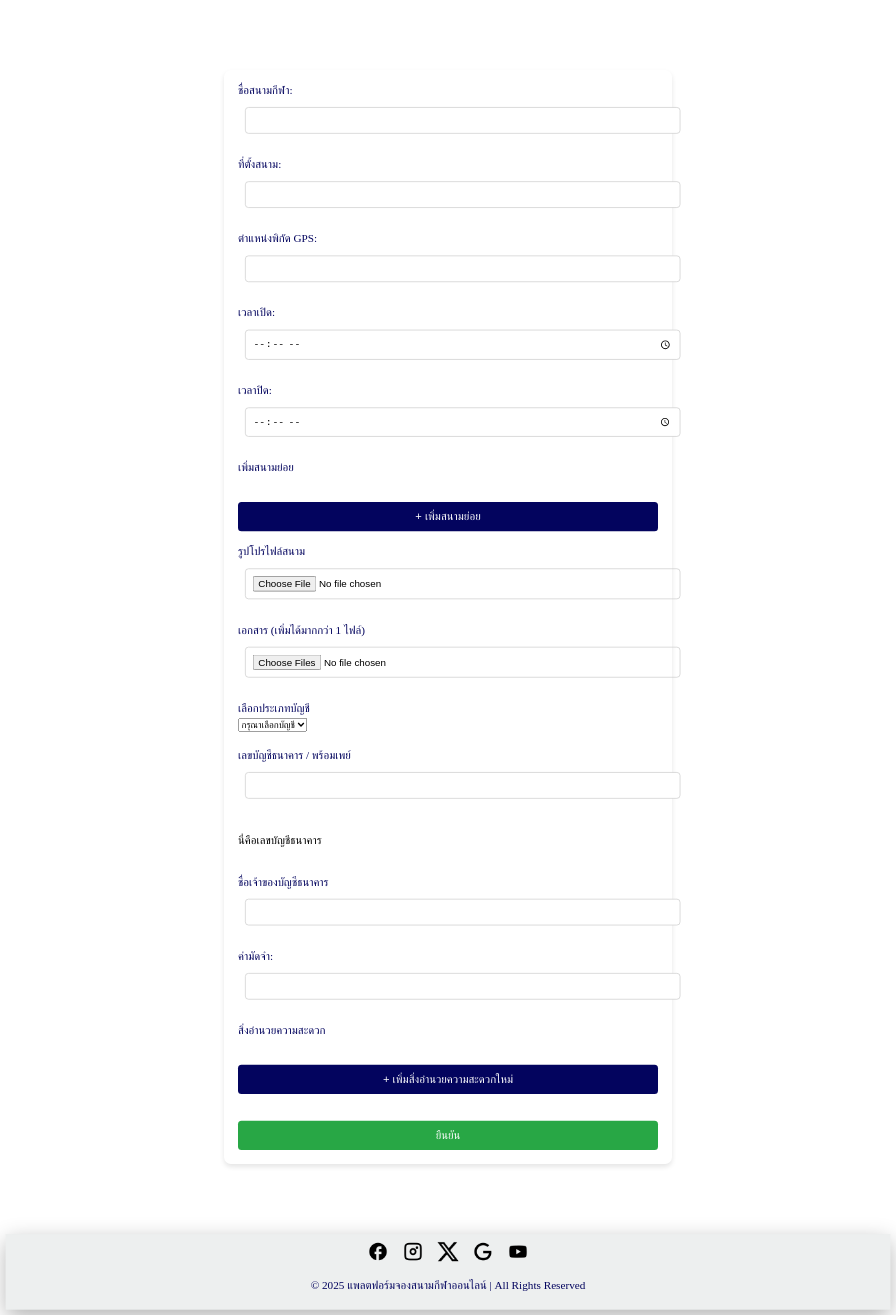
Repository: narawit101/project2
Page: /register-field (app in frontend/)
An editor plug-in stored every save of this project. The page is shown before and after the next save, followed by the edit.
The browser window is 1280 px wide. The pictures show the whole page, at 70% of full size.
The page's requests for data from a server got no answer. The project was rebuilt for these pictures with package versions that can differ from the ones it lists, and the page was loaded fresh each time. The framework's server and built-in components were replaced by stand-ins that run in the browser. No one was signed in, and anything a server would have sent is missing. Also part of the build but not shown: frontend/next.config.js, frontend/next.config.mjs, frontend/src/app/globals.css.

Above is the page before, as saved 2025-03-19 11:48:25.

### frontend/src/app/layout.jsx
import { Kanit } from "next/font/google";
import "./globals.css";
import  Footer from "./components/Footer"

const kanitFont = Kanit({
  variable: "--font-kanit",
  subsets: ["latin", "thai"],
  weight: ["300", "400", "600"],
});

export const metadata = {
  title: "แพลตฟอร์มจองสนามกีฬาออนไลน์",
  description: "Generated by create next app",
  icons: {
    icon:"./favicon.ico"
  }
};

export default function RootLayout({ children }) {
  return (
    <html lang="en">
      <body className={`${kanitFont.variable} antialiased`}>{children}
      <Footer></Footer>
      </body>

    </html>
  );
}

### frontend/src/app/(shared)/register-field/page.jsx
import React from "react";
import RegisterFieldForm from "@/app/components/RegisterFieldForm";

export default function RegisterFieldPage() {
  return (
    <>
    <RegisterFieldForm></RegisterFieldForm>

    </>
  );
}

### frontend/src/app/components/Footer.jsx
import React from "react";
import "../css/footer.css";

export default function Footer() {
  return (
    <div>
      <footer className="footer">
        <div className="social-icons">
          <a href="#">
            <img src="img/fblogo.png" alt="Facebook" />
          </a>
          <a href="#">
            <img src="img/iglogo.png" alt="Instagram" />
          </a>
          <a href="#">
            <img src="img/xlogo.png" alt="Twitter" />
          </a>
          <a href="#">
            <img src="img/gglogo.png" alt="Google" />
          </a>
          <a href="#">
            <img src="img/ytlogo.png" alt="YouTube" />
          </a>
        </div>

        <p className="copyright">
          &copy; 2025 แพลตฟอร์มจองสนามกีฬาออนไลน์ | All Rights Reserved
        </p>
      </footer>
    </div>
  );
}

### frontend/src/app/components/RegisterFieldForm.jsx
"use client";
import React, { useState, useEffect } from "react";
import "../css/registerFieldForm.css";

export default function RegisterFieldForm() {
  const API_URL = process.env.NEXT_PUBLIC_API_URL;

  const [sports, setSports] = useState([]);
  const [facilities, setFacilities] = useState([]);
  const [selectedFacilities, setSelectedFacilities] = useState({});
  const [subFields, setSubFields] = useState([]);
  const [addOns, setAddons] = useState([]);
  const [newFacility, setNewFacility] = useState("");
  const [showNewFacilityInput, setShowNewFacilityInput] = useState(false);
  const [message, setMessage] = useState("");

  const [fieldData, setFieldData] = useState({
    field_name: "",
    address: "",
    gps_location: "",
    documents: null,
    open_hours: "",
    close_hours: "",
    img_field: null,
    preview_img: null,
    number_bank: "",
    account_holder: "",
    price_deposit: "",
    name_bank: "",
    selectedSport: "",
  });

  //  โหลดประเภทกีฬา
  useEffect(() => {
    fetch(`${API_URL}/sports_types`)
      .then((res) => res.json())
      .then((data) => setSports(data))
      .catch((error) => console.error("Error fetching sports:", error));
  }, []);

  //  โหลดสิ่งอำนวยความสะดวก
  useEffect(() => {
    fetch(`${API_URL}/facilities`)
      .then((res) => res.json())
      .then((data) => setFacilities(data))
      .catch((error) => console.error("Error fetching facilities:", error));
  }, []);

  //  อัปเดตค่าช่องกรอกข้อมูลสนาม
  const handleFieldChange = (e) => {
    setFieldData({ ...fieldData, [e.target.name]: e.target.value });
  };

  //  ฟังก์ชันเลือก Checkbox สิ่งอำนวยความสะดวก
  const handleFacilityChange = (facId) => {
    setSelectedFacilities((prev) => {
      const updatedFacilities = { ...prev };
      if (updatedFacilities[facId] !== undefined) {
        delete updatedFacilities[facId];
      } else {
        updatedFacilities[facId] = "";
      }
      return updatedFacilities;
    });
  };

  //  ฟังก์ชันอัปเดตราคาสิ่งอำนวยความสะดวก
  const handleFacilityPriceChange = (facId, price) => {
    setSelectedFacilities((prev) => ({
      ...prev,
      [facId]: price,
    }));
  };

  //  ฟังก์ชันเพิ่มสิ่งอำนวยความสะดวกใหม่
  const addNewFacility = async () => {
    if (!newFacility.trim()) return;

    const res = await fetch(`${API_URL}/facilities/add`, {
      method: "POST",
      headers: { "Content-Type": "application/json" },
      body: JSON.stringify({ fac_name: newFacility }),
    });

    const data = await res.json();
    if (data.error) {
      console.error("Error:", data.error);
      return;
    }

    setFacilities([...facilities, data]);
    setNewFacility("");
    setShowNewFacilityInput(false);
  };

  //  เพิ่มสนามย่อย (มี addOns ในตัวเอง)
  const addSubField = () => {
    //  ดึง user_id จาก localStorage
    const storedUser = localStorage.getItem("user");
    const userData = storedUser ? JSON.parse(storedUser) : null;
    const userId = userData ? userData.user_id : null; // ดึง user_id

    setSubFields([
      ...subFields,
      { name: "", price: "", sport_id: "", user_id: userId, addOns: [] },
    ]);
  };

  //  ลบสนามย่อย (รวมถึง Add-ons ที่อยู่ภายใน)
  const removeSubField = (index) => {
    setSubFields(subFields.filter((_, i) => i !== index));
  };

  //  อัปเดตข้อมูลสนามย่อย
  const updateSubField = (index, key, value) => {
    const updatedSubFields = [...subFields];
    updatedSubFields[index][key] = value;
    setSubFields(updatedSubFields);
  };

  const addAddOn = (subIndex) => {
    const updatedSubFields = [...subFields];
    updatedSubFields[subIndex].addOns.push({ content: "", price: "" });
    setSubFields(updatedSubFields);
  };

  //  อัปเดตค่า Add-on
  const updateAddOn = (subIndex, addOnIndex, key, value) => {
    const updatedSubFields = [...subFields];
    updatedSubFields[subIndex].addOns[addOnIndex][key] = value;
    setSubFields(updatedSubFields);
  };

  // ลบ Add-on
  const removeAddOn = (subIndex, addOnIndex) => {
    const updatedSubFields = [...subFields];
    updatedSubFields[subIndex].addOns.splice(addOnIndex, 1);
    setSubFields(updatedSubFields);
  };

  // ฟังก์ชันจัดการอัปโหลดรูป และแสดงตัวอย่าง
  const handleimgChange = (e) => {
    const file = e.target.files[0]; // ดึงไฟล์รูปจาก input
    if (file) {
      setFieldData({
        ...fieldData,
        img_field: file,
        imgPreview: URL.createObjectURL(file), // สร้าง URL เพื่อแสดงรูป
      });
    }
  };

  const handleSubmit = async (e) => {
    e.preventDefault();

    const storedUser = localStorage.getItem("user");
    if (!storedUser) {
      alert(" กรุณาเข้าสู่ระบบก่อน!");
      return;
    }

    const userData = JSON.parse(storedUser);
    const userId = userData.user_id; //  ดึง user_id ตอน Submit

    const formData = new FormData();
    formData.append("documents", fieldData.documents);
    formData.append("img_field", fieldData.img_field); //  เพิ่มการส่งรูปภาพ
    formData.append(
      "data",
      JSON.stringify({
        user_id: userId,
        field_name: fieldData.field_name,
        address: fieldData.address,
        gps_location: fieldData.gps_location,
        open_hours: fieldData.open_hours,
        close_hours: fieldData.close_hours,
        number_bank: fieldData.number_bank,
        account_holder: fieldData.account_holder,
        price_deposit: fieldData.price_deposit,
        name_bank: fieldData.name_bank,
        status: fieldData.status || "รอตรวจสอบ", //  เพิ่มค่า Status
        selectedFacilities,
        subFields: subFields,
      })
    );

    try {
      const res = await fetch(`${API_URL}/field/register`, {
        method: "POST",
        body: formData,
      });

      const data = await res.json();
      if (data.error) {
        console.error(" Error:", data.error);
        alert("เกิดข้อผิดพลาด: " + data.error);
        return;
      }

      alert("ลงทะเบียนสนามเรียบร้อย!");
    } catch (error) {
      console.error(" Fetch Error:", error);
      alert("เกิดข้อผิดพลาดในการส่งข้อมูล");
    }
  };

  return (
    <div className="contianer">
      <form onSubmit={handleSubmit} encType="multipart/form-data">
        <div className="input-group">
          {" "}
          <label>ชื่อสนามกีฬา:</label>
          <input
            type="text"
            name="field_name"
            value={fieldData.field_name}
            onChange={handleFieldChange}
          />
        </div>
        <div className="input-group">
          <label>ที่ตั้งสนาม:</label>
          <input
            type="text"
            name="address"
            value={fieldData.address}
            onChange={handleFieldChange}
          />
        </div>
        <div className="input-group">
          <label>ตำแหน่งพิกัด GPS:</label>
          <input
            type="text"
            name="gps_location"
            value={fieldData.gps_location}
            onChange={handleFieldChange}
          />
        </div>
        <div className="input-group">
          <label>เวลาเปิด:</label>
          <input
            type="time"
            name="open_hours"
            value={fieldData.open_hours}
            onChange={handleFieldChange}
          />
        </div>
        <div className="input-group">
          <label>เวลาปิด:</label>
          <input
            type="time"
            name="close_hours"
            value={fieldData.close_hours}
            onChange={handleFieldChange}
          />
        </div>
        <div className="input-group">
          <label>เพิ่มสนามย่อย</label>
        </div>
        {subFields.map((sub, subIndex) => (
          <div key={subIndex}>
            {/* ✅ Input กรอกชื่อสนามย่อย */}
            <div className="input-group">
              <input
                type="text"
                placeholder="ชื่อสนามย่อย (เช่น สนาม 1,2)"
                value={sub.name}
                onChange={(e) =>
                  updateSubField(subIndex, "name", e.target.value)
                }
              />
            </div>
            {/* ✅ Input กรอกราคา */}
            <div className="input-group">
              <input
                type="number"
                placeholder="ราคา/ชั่วโมง"
                value={sub.price}
                onChange={(e) => {
                  const value = Math.abs(e.target.value);
                  updateSubField(subIndex, "price", value);
                }}
              />
            </div>

            {/* ✅ Dropdown เลือกประเภทกีฬา */}
            <div className="input-group">
              <select
                value={sub.sport_id}
                onChange={(e) =>
                  updateSubField(subIndex, "sport_id", e.target.value)
                }
              >
                <option value="">เลือกประเภทกีฬา</option>
                {sports.map((sport) => (
                  <option key={sport.sport_id} value={sport.sport_id}>
                    {sport.sport_name}
                  </option>
                ))}
              </select>
            </div>

            {/* ✅ ปุ่มเพิ่มกิจกรรมเพิ่มเติม (เฉพาะสนามนี้) */}
            <button
              className="addbtn"
              type="button"
              onClick={() => addAddOn(subIndex)}
            >
              เพิ่มกิจกรรมเพิ่มเติม
            </button>

            {/* ✅ ปุ่มลบสนามย่อย */}
            <button
              className="delbtn"
              type="button"
              onClick={() => removeSubField(subIndex)}
            >
              ลบสนามย่อย
            </button>

            {/* ✅ แสดงรายการกิจกรรมเพิ่มเติมที่อยู่ในสนามนี้ */}
            {sub.addOns.map((addon, addOnIndex) => (
              <div
                key={addOnIndex}
                style={{ marginLeft: "20px", marginTop: "5px" }}
              >
                {/* ✅ Input กรอกชื่อกิจกรรม */}
                <div className="input-group">
                  <input
                    type="text"
                    placeholder="ชื่อกิจกรรม เช่น (เช่าสนามเพื่อทำคอนเท้น)"
                    value={addon.content}
                    onChange={(e) =>
                      updateAddOn(
                        subIndex,
                        addOnIndex,
                        "content",
                        e.target.value
                      )
                    }
                  />
                </div>
                {/* ✅ Input กรอกราคา */}
                <div className="input-group">
                  <input
                    type="number"
                    placeholder="ราคา/ชั่วโมง"
                    value={addon.price}
                    onChange={(e) => {
                      const value = Math.abs(e.target.value); // แปลงค่าให้เป็นค่าบวก
                      updateAddOn(subIndex, addOnIndex, "price", value);
                    }}
                  />
                </div>

                {/* ✅ ปุ่มลบกิจกรรมเพิ่มเติม */}
                <button
                  className="delevn"
                  type="button"
                  onClick={() => removeAddOn(subIndex, addOnIndex)}
                >
                  ลบกิจกรรมเพิ่มเติม
                </button>
              </div>
            ))}
          </div>
        ))}

        {/* ✅ ปุ่มเพิ่มสนามย่อย */}

        <button className="addsubfield" type="button" onClick={addSubField}>
          + เพิ่มสนามย่อย
        </button>
        <div className="input-group">
          <label htmlFor="img_field">รูปโปรไฟล์สนาม</label>

          <input type="file" onChange={handleimgChange} accept="image/*" />
        </div>
        {/* ✅ แสดงรูปตัวอย่างถ้ามีการอัปโหลด */}
        {fieldData.imgPreview && (
          <div className="preview-container">
            <p>ตัวอย่างรูป:</p>
            <img src={fieldData.imgPreview} alt="Preview" />
          </div>
        )}

        <div className="input-group">
          <label htmlFor="documents">เอกสาร (เพิ่มได้มากกว่า 1 ไฟล์) </label>
          <input
            type="file"
            onChange={(e) => {
              // แปลงไฟล์ที่เลือกเป็นอาร์เรย์เพื่อให้รองรับหลายไฟล์
              setFieldData({ ...fieldData, documents: e.target.files });
            }}
            multiple // เพิ่ม attribute นี้เพื่อให้เลือกหลายไฟล์
          />
        </div>
        {/* {fieldData.documents && fieldData.documents.length > 0 && (
          <div>
            <p>ไฟล์ที่เลือก:</p>
            <ul>
              {Array.from(fieldData.documents).map((file, index) => (
                <li key={index}>{file.name}</li>
              ))}
            </ul>
          </div>
        )} */}

        <div className="input-group">
          <label htmlFor="bank">เลือกประเภทบัญชี</label>
          <select
            name="name_bank"
            value={fieldData.name_bank}
            onChange={handleFieldChange}
          >
            <option value="">กรุณาเลือกบัญชี</option>
            <option value="ธนาคาร">ธนาคาร</option>
            <option value="พร้อมเพย์">พร้อมเพย์</option>
          </select>
        </div>

        <div className="input-group">
          <label htmlFor="bank">เลขบัญชีธนาคาร / พร้อมเพย์</label>
          <input
            type="number"
            name="number_bank"
            value={fieldData.number_bank}
            onChange={(e) => {
              const value = e.target.value;
              // ✅ อนุญาตเฉพาะตัวเลข
              if (/^\d*$/.test(value)) {
                setFieldData({ ...fieldData, number_bank: value });
              }
            }}
            onBlur={() => {
              const isPromptPay = fieldData.name_bank === "พร้อมเพย์";
              const length = fieldData.number_bank.length;

              // ✅ ตรวจสอบความถูกต้องของเลขที่กรอก
              if (
                (!isPromptPay && length !== 12) || // ถ้าเป็นบัญชีธนาคารต้อง 12 หลัก
                (isPromptPay && length !== 10 && length !== 13) // ถ้าเป็นพร้อมเพย์ต้อง 10 หรือ 13 หลัก
              ) {
                setMessage("เลขที่กรอกไม่ถูกต้อง กรุณากรอกให้ตรงกับเงื่อนไข");
                setFieldData({ ...fieldData, number_bank: "" }); // เคลียร์ค่า
              }
            }}
            maxLength={13} // ✅ จำกัดสูงสุดที่ 13 หลัก
          />
        </div>

        <div className="input-group">
          <p>
            {fieldData.name_bank === "พร้อมเพย์"
              ? "นี่คือหมายเลขพร้อมเพย์"
              : "นี่คือเลขบัญชีธนาคาร"}
          </p>
        </div>
        <div className="input-group">
          <label htmlFor="bank">ชื่อเจ้าของบัญชีธนาคาร</label>
          <input
            type="text"
            name="account_holder"
            value={fieldData.account_holder}
            onChange={handleFieldChange}
          />
        </div>
        <div className="input-group">
          <label>ค่ามัดจำ:</label>
          <input
            type="number"
            name="price_deposit"
            value={fieldData.price_deposit}
            onChange={handleFieldChange}
          />
        </div>

        <div className="input-group">
          <label>สิ่งอำนวยความสะดวก</label>
        </div>
        {facilities.map((fac) => (
          <div key={fac.fac_id} className="facility-item">
            {/* Checkbox เลือกสิ่งอำนวยความสะดวก */}
            <div className="input-group-checkbox">
              <input
                type="checkbox"
                checked={selectedFacilities[fac.fac_id] !== undefined}
                onChange={() => handleFacilityChange(fac.fac_id)}
              />
              <label>{fac.fac_name}</label>
            </div>

            {/* ป้อนราคาเมื่อเลือกสิ่งอำนวยความสะดวก */}
            {selectedFacilities[fac.fac_id] !== undefined && (
              <div className="input-group-checkbox">
                <input
                  type="number"
                  placeholder="กำหนดราคา"
                  value={selectedFacilities[fac.fac_id]}
                  onChange={(e) =>
                    handleFacilityPriceChange(fac.fac_id, e.target.value)
                  }
                />
              </div>
            )}
          </div>
        ))}
        {!showNewFacilityInput ? (
          <button
            className="addfac"
            type="button"
            onClick={() => setShowNewFacilityInput(true)}
          >
            + เพิ่มสิ่งอำนวยความสะดวกใหม่
          </button>
        ) : (
          <div>
            <input
              type="text"
              placeholder="ชื่อสิ่งอำนวยความสะดวก"
              value={newFacility}
              onChange={(e) => setNewFacility(e.target.value)}
            />
            <button className="savebtn" type="button" onClick={addNewFacility}>
              บันทึก
            </button>
            <button
              className="canbtn"
              type="button"
              onClick={() => setShowNewFacilityInput(false)}
            >
              ยกเลิก
            </button>
          </div>
        )}

        <br />
        <button className="submitbtn" type="submit">
          ยืนยัน
        </button>
      </form>
    </div>
  );
}

### frontend/src/app/css/footer.css
:root {
  --text-color: #03045e;
}
.footer {
  background: #edefef;
  padding: 10px 0;
  text-align: center;
  color: var(--text-color);
  position: relative;
  box-shadow: 0px 10px 30px rgba(0, 0, 0, 0.3);
}

.social-icons {
  display: flex;
  justify-content: center;
  gap: 20px;
  margin-bottom: 20px;
}

.social-icons a img {
  width: 30px;
  height: 30px;
  transition: transform 0.3s ease-in-out;
}

.social-icons a:hover img {
  transform: scale(1.1);
  filter: brightness(1.2);
}

.copyright {
  font-size: 16px;
}

Loaded but not shown: frontend/tailwind.config.mjs (17 lines, source omitted); frontend/src/app/css/registerFieldForm.css (142 lines, source omitted)

After the next save:
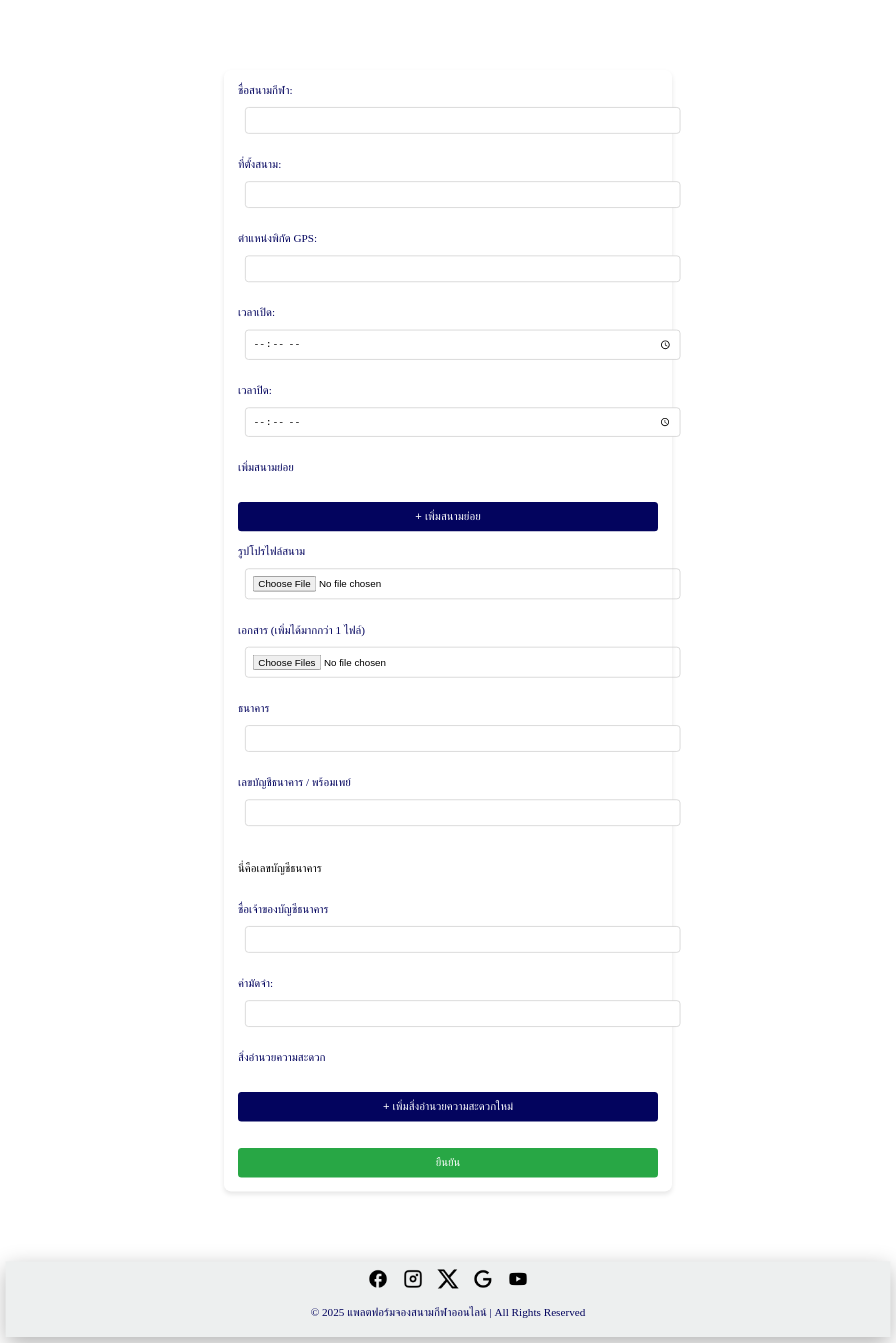
Saved 6 s later.
--- a/frontend/src/app/components/RegisterFieldForm.jsx
+++ b/frontend/src/app/components/RegisterFieldForm.jsx
@@ -406,18 +406,14 @@ export default function RegisterFieldForm() {
         )} */}
 
         <div className="input-group">
-          <label htmlFor="bank">เลือกประเภทบัญชี</label>
-          <select
+          <label htmlFor="bank">ธนาคาร</label>
+          <input
+            type="text"
             name="name_bank"
             value={fieldData.name_bank}
             onChange={handleFieldChange}
-          >
-            <option value="">กรุณาเลือกบัญชี</option>
-            <option value="ธนาคาร">ธนาคาร</option>
-            <option value="พร้อมเพย์">พร้อมเพย์</option>
-          </select>
-        </div>
-
+          />
+        </div>
         <div className="input-group">
           <label htmlFor="bank">เลขบัญชีธนาคาร / พร้อมเพย์</label>
           <input
@@ -426,6 +422,7 @@ export default function RegisterFieldForm() {
             value={fieldData.number_bank}
             onChange={(e) => {
               const value = e.target.value;
+
               // ✅ อนุญาตเฉพาะตัวเลข
               if (/^\d*$/.test(value)) {
                 setFieldData({ ...fieldData, number_bank: value });
@@ -437,19 +434,19 @@ export default function RegisterFieldForm() {
 
               // ✅ ตรวจสอบความถูกต้องของเลขที่กรอก
               if (
-                (!isPromptPay && length !== 12) || // ถ้าเป็นบัญชีธนาคารต้อง 12 หลัก
-                (isPromptPay && length !== 10 && length !== 13) // ถ้าเป็นพร้อมเพย์ต้อง 10 หรือ 13 หลัก
+                (!isPromptPay && length !== 12) || // ✅ ถ้าเป็นบัญชีธนาคารต้อง 13 หลัก
+                (isPromptPay && length !== 10 && length !== 13) // ✅ ถ้าเป็นพร้อมเพย์ต้อง 10 หรือ 13 หลัก
               ) {
-                setMessage("เลขที่กรอกไม่ถูกต้อง กรุณากรอกให้ตรงกับเงื่อนไข");
-                setFieldData({ ...fieldData, number_bank: "" }); // เคลียร์ค่า
+                alert("เลขที่กรอกไม่ถูกต้อง กรุณากรอกให้ตรงกับเงื่อนไข");
+                setFieldData({ ...fieldData, number_bank: "" }); // ❌ เคลียร์ค่า
               }
             }}
             maxLength={13} // ✅ จำกัดสูงสุดที่ 13 หลัก
           />
         </div>
-
         <div className="input-group">
           <p>
+            {" "}
             {fieldData.name_bank === "พร้อมเพย์"
               ? "นี่คือหมายเลขพร้อมเพย์"
               : "นี่คือเลขบัญชีธนาคาร"}
